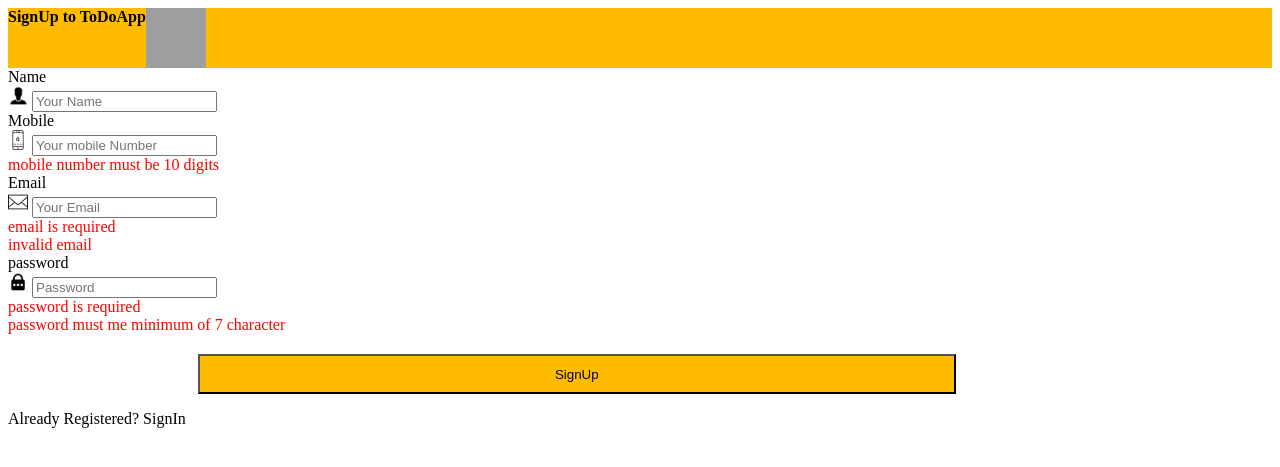
Repository: iamvinayhv/ToDoApp.
Page: toDoApp_2017/src/main/webapp/template/signUp.html
The author's editor kept a copy of each file at every save. The page is drawn from the files as they stood at one save, then again after the next save.
The browser window is 1280 px wide. The pictures show the whole page.
Pictures or frames that could not be fetched are drawn as grey boxes.

Above is the page before, as saved 2017-06-22 07:10:18.

### toDoApp_2017/src/main/webapp/template/signUp.html
<div class="row">
	<div class="col-sm-4"></div>
		<div class="col-sm-4">

			<div data-ng-controller="signUpController">

				<nav id="navBar" class="navbar navbar-default navbar-fixed-top" role="navigation" style="background-color: #fb0;">
					      <div class="container">
					      <div class="navbar-header" style="display: flex;">


								<div class="navbar-brand" style="font-weight: bold;">
									SignUp to ToDoApp
								</div>
								<img src="images/todo.png" height="60px" width="60px">
						</div>
				      </div>

				</nav>



				<form name="signUpForm">

					<div id="signUpBody" >

						<div class="form-group">
								<label for="name" class="cols-sm-2 control-label">Name</label>
							<div class="cols-sm-10">
								<div class="input-group">
									<span class="input-group-addon"><img src="images/Contact.png" width="20px" height="20px"></span>
                                    <input type="text" class="form-control" name="name" id="form_name" data-ng-model="name" placeholder="Your Name" required/>
								</div>
							</div>
						</div>

						<span style="color: red" class="error_form" id="name_error_msg"></span>



						<div class="form-group">
								<label for="mobile" class="cols-sm-2 control-label">Mobile</label>
							<div class="cols-sm-10">
								<div class="input-group">
									<span class="input-group-addon"><img src="images/phone.png" width="20px" height="20px"></span>
									<input type="number" class="form-control" name="mobile" id="form_mobile" data-ng-model="mobile"  placeholder="Your mobile Number" data-ng-minlength="10" data-ng-maxlength="10" required/>
								</div>
								<div style="color: red" data-ng-show="signUpForm.mobile.$dirty">
									<div data-ng-show="signUpForm.mobile.$invalid">mobile number must be 10 digits</div>
								</div>
							</div>
						</div>

						<span style="color:red" class="error_form" id="mobile_error_msg"></span>




						<div class="form-group">
								<label for="email" class="cols-sm-2 control-label">Email</label>
							<div class="cols-sm-10">
								<div class="input-group">
									<span class="input-group-addon"><img src="images/mail.png" width="20px" height="20px"></span>
									<input type="email" class="form-control" name="mail" id="form_email" data-ng-model="email" placeholder="Your Email" required/>
								</div>

									<div style="color: red" data-ng-show="signUpForm.mail.$dirty">
										<div data-ng-show="signUpForm.mail.$error.required">email is required</div>
										<div data-ng-show="signUpForm.mail.$error.email">invalid email</div>
									</div>
							</div>
						</div>

						<span style="color: red" class="error_form" id="email_error_msg"></span>


						<div class="form-group">
								<label for="password" class="cols-sm-2 control-label">password</label>
							<div class="cols-sm-10">
								<div class="input-group">
									<span class="input-group-addon"><img src="images/Password.png" width="20px" height="20px"></span>
									<input type="password" class="form-control" name="password" id="form_password" data-ng-model="password"  placeholder="Password" data-ng-minlength="7" required/>
								</div>

								<div style="color: red" data-ng-show="signUpForm.password.$dirty">
										<div data-ng-show="signUpForm.password.$error.required">password is required</div>
										<div data-ng-show="signUpForm.password.$invalid">password must me minimum of 7 character</div>
								</div>

							</div>
						</div>

						<span style="color: red" class="error_form" id="password_error_msg"></span>

						<div><button class="btn btn-success" type="button" data-ng-click="signUp()" style="width: 30%;margin-left: 15%;width: 60%;height: 40px;background-color: #fb0;margin-top: 20px;">SignUp</button></div>

					</form>

			</div>

			<div id="signUpBottom">
				<a style="color: black;" data-ui-sref="signIn">Already Registered? SignIn</a>
			</div>


	</div>
</div>

After the next save:
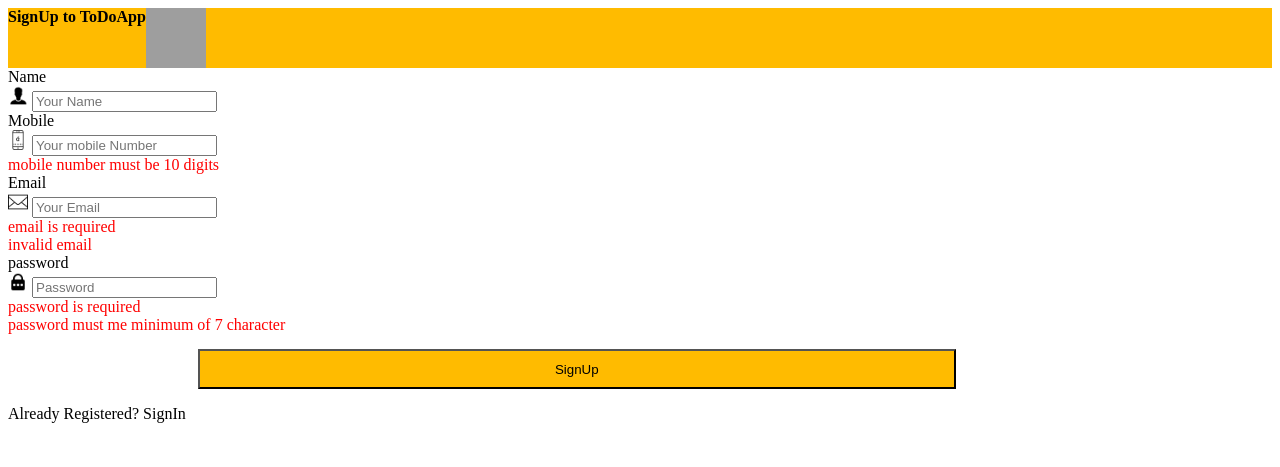
Saved 19 s later.
--- a/toDoApp_2017/src/main/webapp/template/signUp.html
+++ b/toDoApp_2017/src/main/webapp/template/signUp.html
@@ -92,7 +92,7 @@
 
 						<span style="color: red" class="error_form" id="password_error_msg"></span>
 
-						<div><button class="btn btn-success" type="button" data-ng-click="signUp()" style="width: 30%;margin-left: 15%;width: 60%;height: 40px;background-color: #fb0;margin-top: 20px;">SignUp</button></div>
+						<div><button class="btn btn-success" type="button" data-ng-click="signUp()" style="width: 30%;margin-left: 15%;width: 60%;height: 40px;background-color: #fb0;margin-top: 15px;">SignUp</button></div>
 
 					</form>
 
